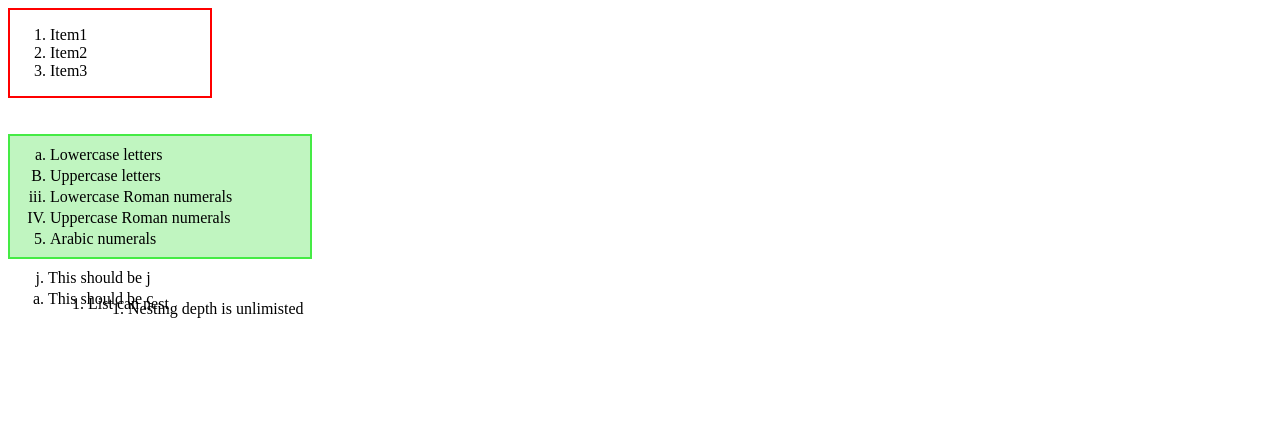
Repository: Tan-Khang21/TH_TKW--Buoi_01
Page: Buoi_01/Bt_ve_nha/BT_01/main.html
An editor plug-in stored every save of this project. The page is shown before and after the next save, followed by the edit.
The browser window is 1280 px wide. The pictures show the whole page.

Above is the page before, as saved 2024-01-22 17:07:26.

### Buoi_01/Bt_ve_nha/BT_01/main.html
<!DOCTYPE html>
<html lang="en">
<head>
    <meta charset="UTF-8">
    <meta name="viewport" content="width=device-width, initial-scale=1.0">
    <title>Document</title>
    <link rel="stylesheet" href="style.css">
</head>
<body>
    <div class="red">
        <ol>
            <li>Item1</li>
            <li>Item2</li>
            <li>Item3</li>
        </ol>
    </div>
    <br><br>
    <div class="green">
        <ol type="a">
            <li>Lowercase letters</li>
        </ol>
        <ol type="A" start="2">
            <li>Uppercase letters</li>
        </ol>
        <ol type="i" start="3">
            <li>Lowercase Roman numerals</li>
        </ol>
        <ol type="I" start="4">
            <li>Uppercase Roman numerals</li>
        </ol>
        <ol start="5">
            <li>Arabic numerals</li>
        </ol>
    </div>
    <div class="blue">
        <ol type="a" start="10">
            <li > This should be j</li>
        </ol>
        <ol type="a" start="c">
            <li > This should be c</li>
            <ol>
                <li>List can nest</li>
                <ol>
                    <li>Nesting depth is unlimisted</li>
                </ol>
            </ol>
        </ol>
    </div>
</body>
</html>

### Buoi_01/Bt_ve_nha/BT_01/style.css
.red{
    width: 200px;
    border: 2px solid red;
}
.green{
    line-height: 5px;
    width: 300px;
    border:2px solid rgb(69, 235, 69);
    background-color: rgb(192, 245, 192);
}
.blue{
    line-height: 5px;
}

After the next save:
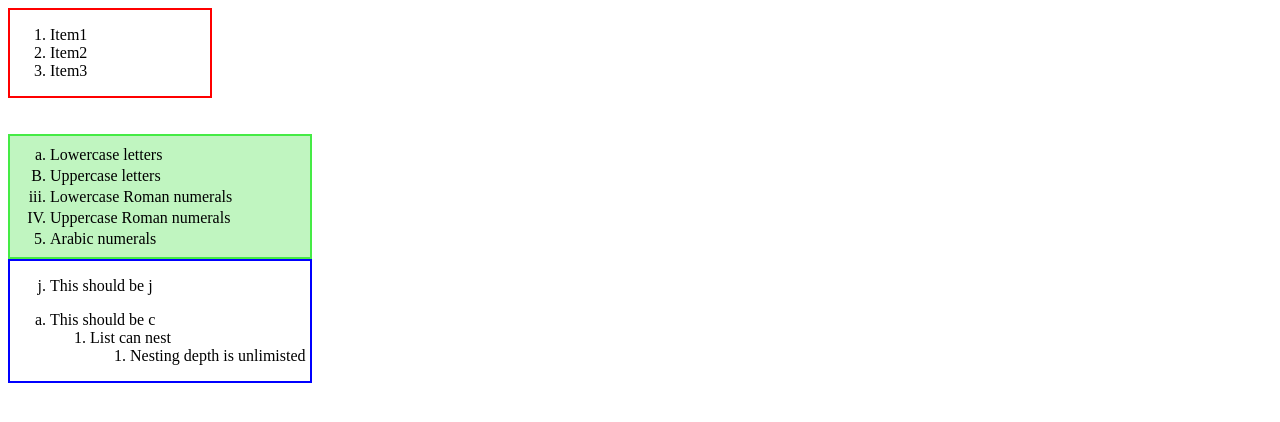
Saved 33 s later.
--- a/Buoi_01/Bt_ve_nha/BT_01/style.css
+++ b/Buoi_01/Bt_ve_nha/BT_01/style.css
@@ -9,5 +9,6 @@
     background-color: rgb(192, 245, 192);
 }
 .blue{
-    line-height: 5px;
+    width: 300px;
+    border:2px solid blue;
 }
